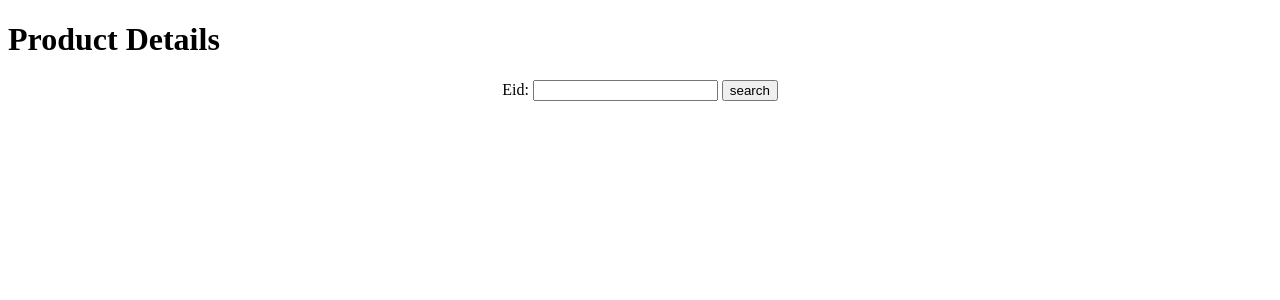
Repository: abhishekj720/HSBCLearn
Page: gagan/JEE/AjaxDemo/WebContent/AjaxEmpApp.html
The author's editor kept a copy of each file at every save. The page is drawn from the files as they stood at one save, then again after the next save.
The browser window is 1280 px wide. The pictures show the whole page.

Above is the page before, as saved 2019-07-31 07:55:10.

After the next save:
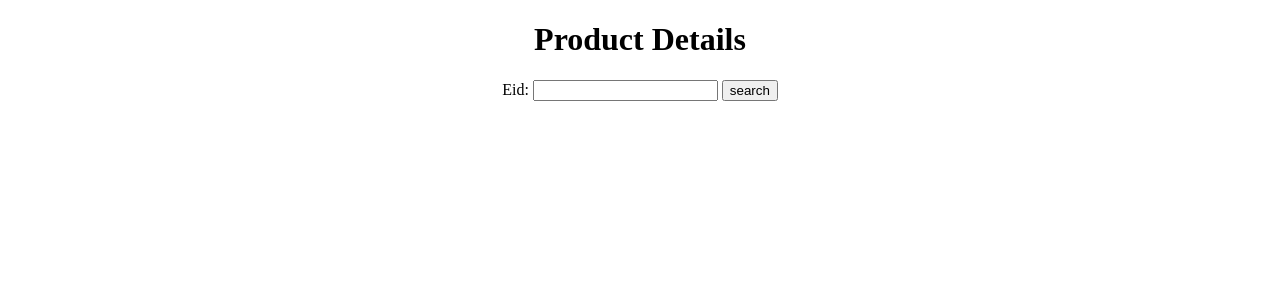
Saved 18 s later.
--- a/gagan/JEE/AjaxDemo/WebContent/AjaxEmpApp.html
+++ b/gagan/JEE/AjaxDemo/WebContent/AjaxEmpApp.html
@@ -25,7 +25,7 @@
 </script>
 </head>
 <body>
-<h1>Product Details</h1>
+<h1 align = "center">Product Details</h1>
 <div align="center">
    Eid: <input type="text" id="txtid"/>
    <input type="button" value="search" onclick="display()"/>
